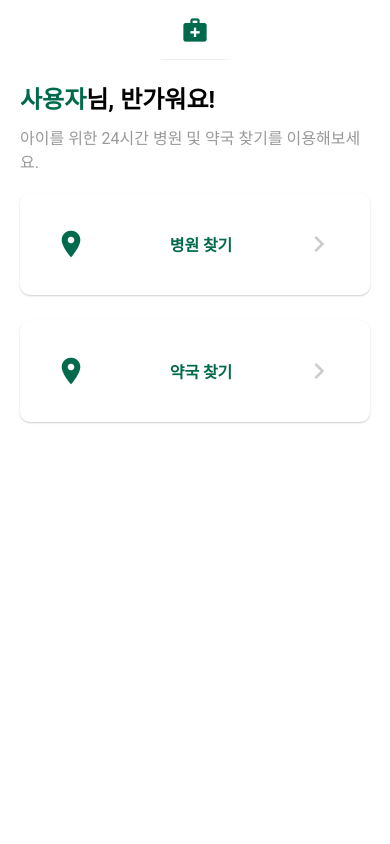
Repository: Sesac-icare/FrontEndiCare
Screen: / (app in iCare/)
These files come from the project's save history. The screen is drawn as it stood at one moment and after the next save; the edit follows.
The app was drawn by React Native's web renderer in a window 390 px wide. The project was rebuilt for these pictures with package versions that can differ from the ones it lists, and the page was loaded fresh each time. Some packages were replaced by stand-ins written for this rebuild.

Above is the screen before, as saved 2025-02-04 16:25:13.

After the next save:
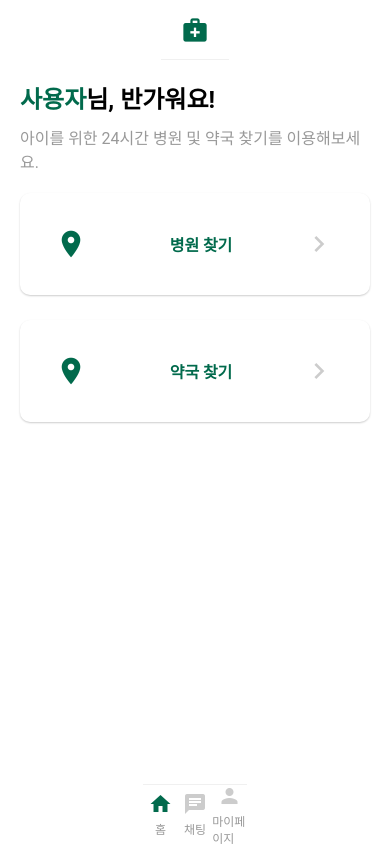
Saved 4 s later.
--- a/iCare/components/Footer.js
+++ b/iCare/components/Footer.js
@@ -1,3 +1,42 @@
+import React from "react";
+import { View, Text, StyleSheet } from "react-native";
+import { MaterialIcons } from "@expo/vector-icons";
+
 export default function Footer() {
-  // ...
+  return (
+    <View style={styles.footer}>
+      <View style={styles.footerItem}>
+        <MaterialIcons name="home" size={24} color="#016a4c" />
+        <Text style={styles.footerText}>홈</Text>
+      </View>
+      <View style={styles.footerItem}>
+        <MaterialIcons name="chat" size={24} color="#CCCCCC" />
+        <Text style={styles.footerText}>채팅</Text>
+      </View>
+      <View style={styles.footerItem}>
+        <MaterialIcons name="person" size={24} color="#CCCCCC" />
+        <Text style={styles.footerText}>마이페이지</Text>
+      </View>
+    </View>
+  );
 }
+
+const styles = StyleSheet.create({
+  footer: {
+    height: 60,
+    flexDirection: "row",
+    borderTopWidth: 1,
+    borderTopColor: "#f0f0f0",
+    backgroundColor: "#fff"
+  },
+  footerItem: {
+    flex: 1,
+    justifyContent: "center",
+    alignItems: "center"
+  },
+  footerText: {
+    fontSize: 12,
+    color: "#999999",
+    marginTop: 4
+  }
+});
